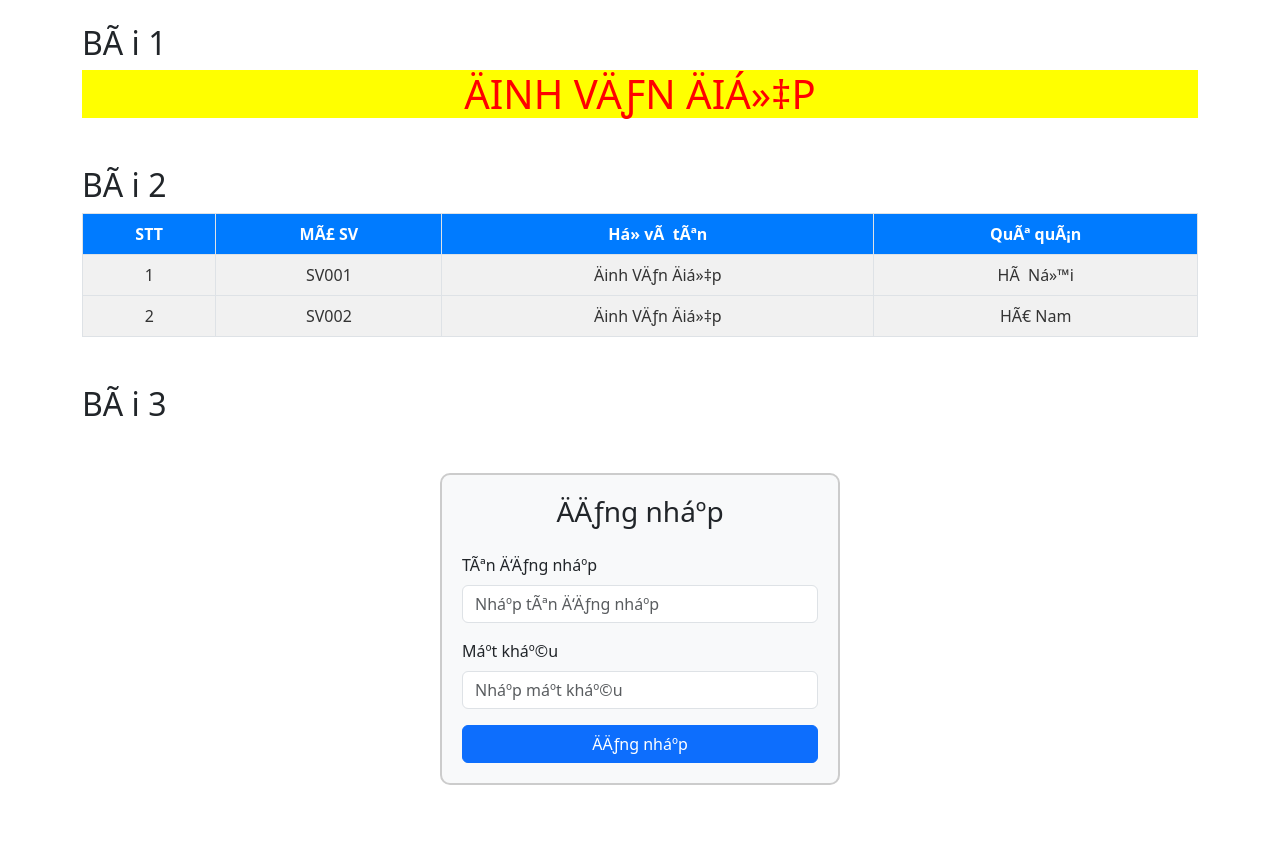
Repository: diephn/Python
Page: http://localhost/JAVA/bt.jsp
The author's editor kept a copy of each file at every save. The page is drawn from the files as they stood at one save, then again after the next save.
The browser window is 1280 px wide. The pictures show the whole page.
The page is served by Tomcat 9.

Above is the page before, as saved 2025-05-08 04:42:38.

After the next save:
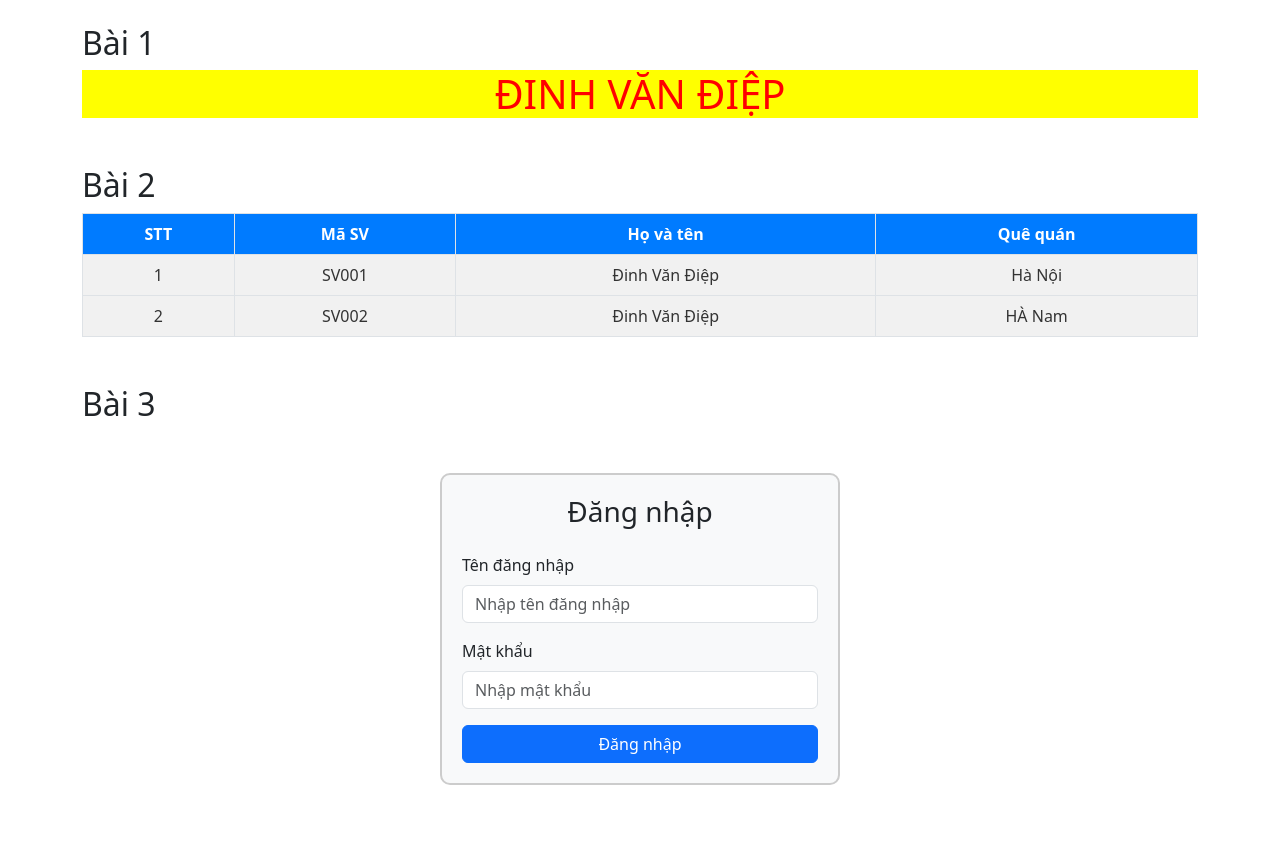
Saved 69 s later.
--- a/eclipse-workspace/JAVA/src/main/webapp/bt.jsp
+++ b/eclipse-workspace/JAVA/src/main/webapp/bt.jsp
@@ -1,5 +1,5 @@
-<%@ page language="java" contentType="text/html; charset=ISO-8859-1"
-    pageEncoding="ISO-8859-1"%>
+<%@ page language="java" contentType="text/html; charset=UTF-8" pageEncoding="UTF-8"%>
+<%@ page import="java.text.DecimalFormat" %>
 <!DOCTYPE html>
 <html lang="vi">
 <head>
